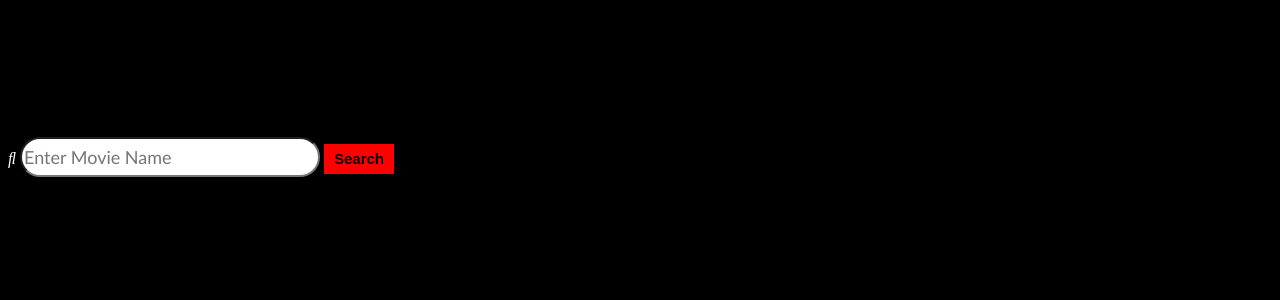
Repository: priyankajainmodi/film_data
Page: index.html
An editor plug-in stored every save of this project. The page is shown before and after the next save, followed by the edit.
The browser window is 1280 px wide. The pictures show the whole page.

Above is the page before, as saved 2021-11-17 23:16:19.

### index.html
<html>

<head>
    <title>FilmData</title>

    <link rel="icon" href="favicon/favicon.ico" type="image/x-icon">
    <link rel="stylesheet" href="https://cdnjs.cloudflare.com/ajax/libs/font-awesome/4.7.0/css/font-awesome.min.css">

    <meta name="viewport" content="width=device-width, initial-scale=1.0">
    <style>
        #leftbox {
            float: left;
            margin-top: 20;
            width: 30%;
            height: 455px;
            margin-bottom: 30;
        }

        #rightbox {
            float: right;
            margin-top: 20;
            width: 70%;
            height: 455px;
            margin-bottom: 30;
        }

        .button {
            background-color: red;
            border: none;
            color: black;
            text-align: center;
            font-size: 15px;
            opacity: 1;
            transition: 0.3s;
            display: inline-block;
            text-decoration: none;
            cursor: pointer;
            height: 30px;
            width: 70px;
        }

        .button:hover {
            opacity: 0.6
        }
    </style>

</head>

<body bgcolor="#000000">
    <h1 id="heading" style="color:#000;margin-bottom:50;border-radius:10px; text-align:center;font-family:monospace;opacity:0;background-color:yellow;font-size:50px;margin:40px;">FilmData</h1>

    <div id="enter">


        <i class="fas fa-search" style="color:white;"></i>
        <input class="input" style=" border-radius:20px;height:40;width:300;font-size:18;font-family:calibri;" type="text" placeholder="Enter Movie Name"></input>
        <button class="button"><b>Search</b></button>

    </div>

    <div id="content">
        <div>
            <div id="leftbox">
            </div>
            <div id="rightbox"></div>
        </div>
        <br>
        <br>
        <table id="tb">

        </table>
    </div>
    <script src="https://cdn.jsdelivr.net/npm/axios/dist/axios.min.js"></script>
    <script src="film_data.js"></script>
</body>

</html>

### film_data.js
function reset() {
    while (document.querySelector('iframe') != null) {
        document.querySelector('iframe').remove();
    }
    while (document.querySelector('img') != null) {
        document.querySelector('img').remove();
    }

    let tble = document.querySelector('#tb');
    tble.innerHTML = "";
    while (document.querySelector('h2') != null) {
        document.querySelector('h2').remove();
    }

}
let inp = document.querySelector('input');
let but = document.querySelector('button')
    // let tble = document.querySelector('#tb');
    // let row1 = tble.insertRow(0);
    // let cell11 = row1.insertCell(0);
    // let cell12 = row1.insertCell(1);
    // let row2 = tble.insertRow(1);
    // let cell21 = row2.insertCell(0);
    // let cell22 = row2.insertCell(1);
    // let row3 = tble.insertRow(2);
    // let cell31 = row3.insertCell(0);
    // let cell32 = row3.insertCell(1);
    // let row4 = tble.insertRow(3);
    // let cell41 = row4.insertCell(0);
    // let cell42 = row4.insertCell(1);
    // let row5 = tble.insertRow(4);
    // let cell51 = row5.insertCell(0);
    // let cell52 = row5.insertCell(1);
    // let row6 = tble.insertRow(5);
    // let cell61 = row6.insertCell(0);
    // let cell62 = row6.insertCell(1);
    // let video = document.createElement('iframe');
    // video.height = 400;
    // video.width = 900;
    // let img = document.createElement('img');
    // let divi1 = document.querySelector('#leftbox');
    // divi1.appendChild(img);


but.onclick = () => {
    fetch(`https://www.omdbapi.com/?t=${inp.value}&apikey=a5b97ecf`)
        .then((res) => { return res.json(); })
        .then((data) => {

            if (data.Response == 'False') {
                reset();
                let p = document.createElement('h2');
                p.append(data.Error);
                p.style.color = 'white';
                document.querySelector('#leftbox').appendChild(p);

            } else {
                reset();
                let tble = document.querySelector('#tb');
                let row1 = tble.insertRow(0);
                let cell11 = row1.insertCell(0);
                let cell12 = row1.insertCell(1);
                let row2 = tble.insertRow(1);
                let cell21 = row2.insertCell(0);
                let cell22 = row2.insertCell(1);
                let row3 = tble.insertRow(2);
                let cell31 = row3.insertCell(0);
                let cell32 = row3.insertCell(1);
                let row4 = tble.insertRow(3);
                let cell41 = row4.insertCell(0);
                let cell42 = row4.insertCell(1);
                let row5 = tble.insertRow(4);
                let cell51 = row5.insertCell(0);
                let cell52 = row5.insertCell(1);
                let row6 = tble.insertRow(5);
                let cell61 = row6.insertCell(0);
                let cell62 = row6.insertCell(1);
                let video = document.createElement('iframe');
                video.height = 400;
                video.width = 900;
                let img = document.createElement('img');
                let divi1 = document.querySelector('#leftbox');
                divi1.appendChild(img);

                fetch(`https://imdb-api.com/en/API/SearchMovie/k_3pxoshah/${inp.value}`)
                    .then(res => { return res.json(); })
                    .then((data) => { return data.results[0].id })
                    .then((title) => {

                        fetch(`https://imdb-api.com/en/API/YouTubeTrailer/k_3pxoshah/${title}`)
                            .then((res) => { console.log(res); return res.json() })
                            .then((data) => {
                                console.log(data);
                                if (data.videoUrl == "") {
                                    let box = document.querySelector("#rightbox");
                                    let h = document.createElement('h2');
                                    h.textContent = "Trailer not available >_<"
                                    h.style.color = 'white';
                                    box.appendChild(h);
                                } else {
                                    let url = `${data.videoUrl.replace('watch?v=', 'embed/')}`;
                                    video.src = `${url}`;
                                    let divi = document.querySelector("#rightbox");
                                    divi.appendChild(video);
                                }



                            })

                    })
                    .catch((err) => { console.log(err); })


                img.src = data.Poster;
                img.style.display = 'block';
                img.alt = "image couldn't load -_-";
                img.style.color = 'white';

                //row for actor details

                row1.style.fontSize = 20;

                cell11.innerHTML = 'Actors';
                cell12.innerHTML = `${data.Actors}`;
                cell11.style.color = 'yellow';
                cell12.style.color = 'white';
                cell11.style.paddingRight = 50;
                cell12.style.width = 700;

                //row for director detail

                row2.style.fontSize = 20;

                cell21.innerHTML = 'Director';
                cell22.innerHTML = `${data.Director}`;
                cell21.style.color = 'yellow';
                cell22.style.color = 'white';
                cell21.style.paddingRight = 50;
                cell22.style.width = 700;

                //row for genre detail

                row3.style.fontSize = 20;

                cell31.innerHTML = 'Genre';
                cell32.innerHTML = `${data.Genre}`;
                cell31.style.color = 'yellow';
                cell32.style.color = 'white';
                cell31.style.paddingRight = 50;
                cell32.style.width = 700;

                //row for plot

                row4.style.fontSize = 20;

                cell41.innerHTML = 'Plot';
                cell42.innerHTML = `${data.Plot}`;
                cell41.style.color = 'yellow';
                cell42.style.color = 'white';
                cell41.style.paddingRight = 50;
                cell42.style.width = 700;

                //row for movie time


                row5.style.fontSize = 20;

                cell51.innerHTML = 'Duration';
                let time = parseInt(data.Runtime);
                cell52.innerHTML = `${Math.floor(time/60)} hr ${time%60} min`;
                cell51.style.color = 'yellow';
                cell52.style.color = 'white';
                cell51.style.paddingRight = 50;
                cell52.style.width = 700;

                //imdb rating


                row6.style.fontSize = 20;

                cell61.innerHTML = 'imdbRating';

                cell62.innerHTML = `${data.imdbRating}/10`;
                cell61.style.color = 'yellow';
                cell62.style.color = 'white';
                cell61.style.paddingRight = 50;
                cell62.style.width = 700;




            }


        })
}

After the next save:
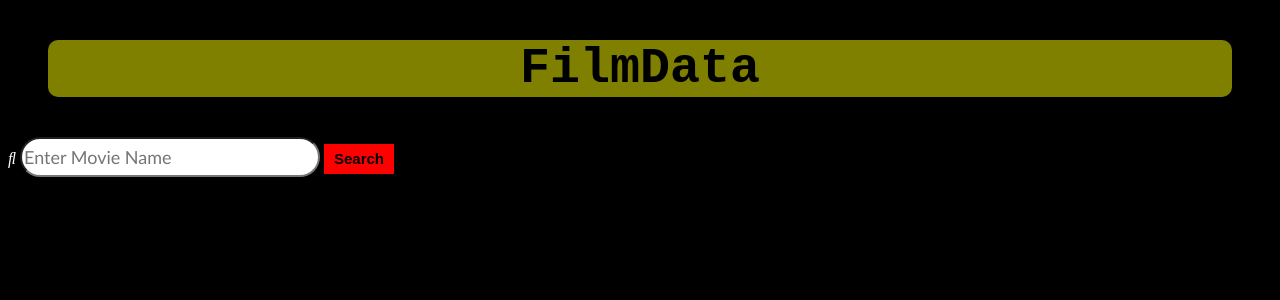
Saved 14 s later.
--- a/index.html
+++ b/index.html
@@ -47,7 +47,7 @@
 </head>
 
 <body bgcolor="#000000">
-    <h1 id="heading" style="color:#000;margin-bottom:50;border-radius:10px; text-align:center;font-family:monospace;opacity:0;background-color:yellow;font-size:50px;margin:40px;">FilmData</h1>
+    <h1 id="heading" style="color:#000;margin-bottom:50;border-radius:10px; text-align:center;font-family:monospace;opacity:0.5;background-color:yellow;font-size:50px;margin:40px;">FilmData</h1>
 
     <div id="enter">
 
